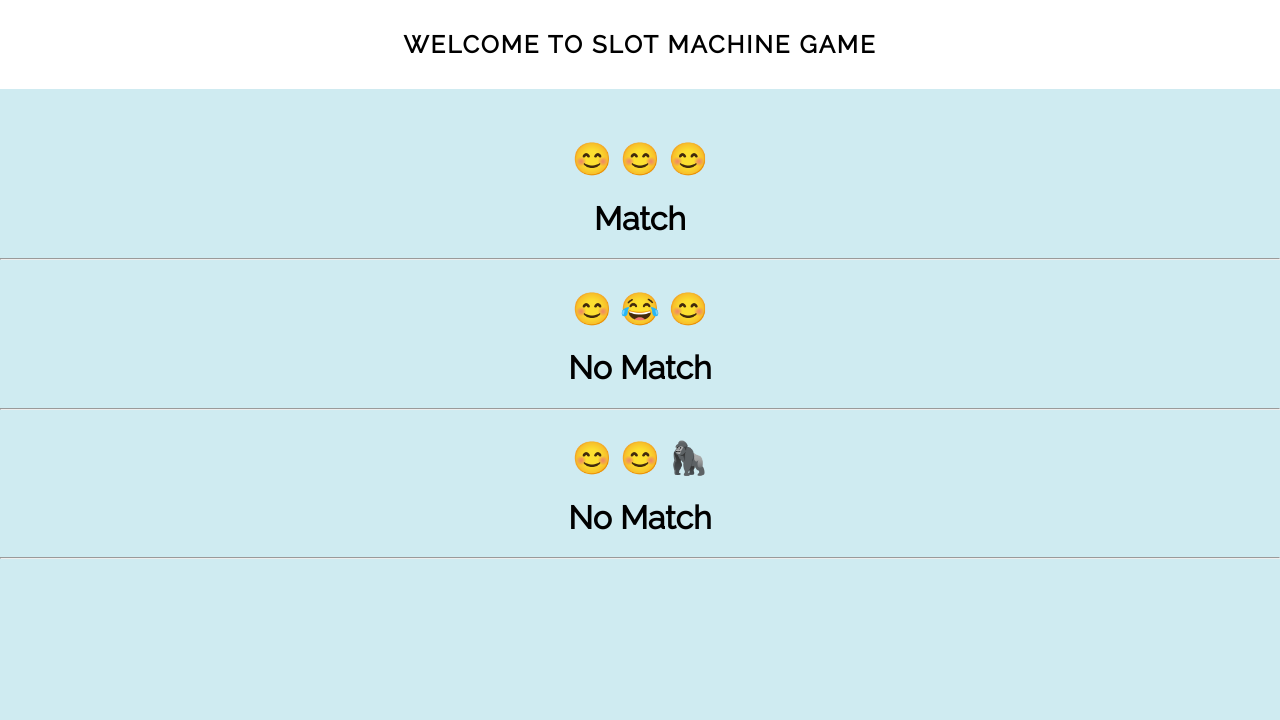
Repository: duggallakshya/slotMachineReact
Page: /
An editor plug-in stored every save of this project. The page is shown before and after a run of saves, followed by the edit.
The browser window is 1280 px wide. The pictures show the whole page.
The project was rebuilt for these pictures with package versions that can differ from the ones it lists, and the page was loaded fresh each time.

Above is the page before, as saved 2022-03-23 00:31:51.

### src/index.js
import React from 'react';
import ReactDOM from 'react-dom';
import './index.css';
import App from './App';

ReactDOM.render(
  <App />,
  document.getElementById('root')
)

### src/index.css
@import url('https://fonts.googleapis.com/css2?family=Raleway&display=swap');
body{
  background-color: rgb(207, 235, 241);
  margin: 0;
  padding: 0;

}

.heading-style{
  padding: 30px 0;
  margin-top: 0px;
  text-align: center;
  font-family:'Raleway', sans-serif;
  text-transform: uppercase;
  font-size: 13px;
  letter-spacing: 2px;
  font-weight: 500;
  background-color: #fff;
  font-size: 1.5rem;
  margin-bottom: 30px;
  font-weight: bold;
}

.slot-inner{
  text-align: center;
  font-family: 'Raleway', sans-serif ;
}
.main-div{
  display: flex;
  flex-direction: column;
  height: auto;
  width: ;
}

### src/App.jsx
import React from 'react';
import SlotMachine from './SlotMachine';

const App = () => {
    return(
        <>
            <h1 className="heading-style"> Welcome to Slot machine game </h1>
            <div className="main-div">
                <SlotMachine x ='😊' y ='😊' z ='😊'/>
                <SlotMachine x ='😊' y ='😂' z ='😊'/>
                <SlotMachine x ='😊' y ='😊' z ='🦍'/>
            </div>
        </>
    )
}

export default App;

### src/SlotMachine.jsx
import React from 'react';

const SlotMachine = (props) => {
    if(props.x===props.y && props.y==props.z){
        return (
            <>
                <div className="slot-inner">

                    <h1> {props.x} {props.y} {props.z} </h1>
                    <h1> Match </h1>
                    <hr/>

                </div>
            </>
        )
    }
    else{
        return (
            <>
                <div className="slot-inner">

                    <h1> {props.x} {props.y} {props.z} </h1>
                    <h1> No Match </h1>
                    <hr/>

                </div>
            </>
        )
    }
}

export default SlotMachine;

Loaded but not shown: public/index.html (common file)

After the next 2 saves:
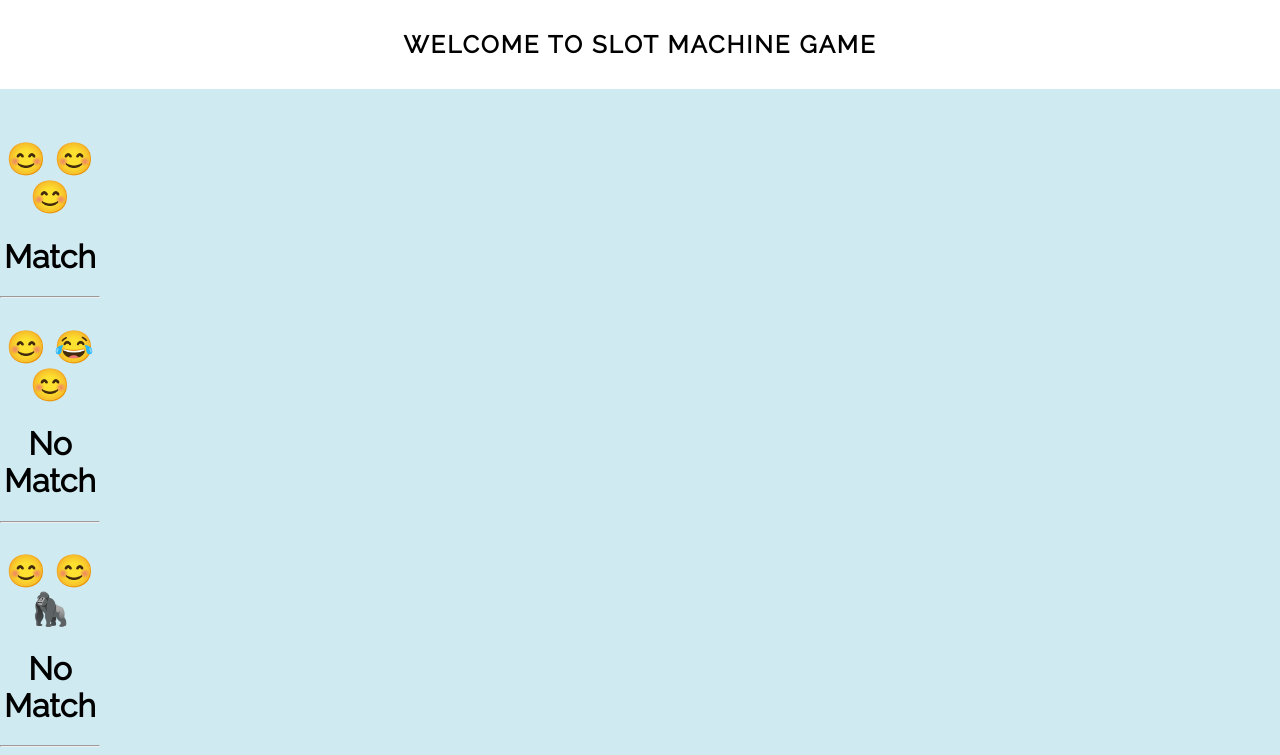
The 2 saves are shown as one change because they came seconds apart.
The last was saved 6 s later.
--- a/src/index.css
+++ b/src/index.css
@@ -29,5 +29,5 @@ body{
   display: flex;
   flex-direction: column;
   height: auto;
-  width: ;
+  width: 100px;
 }
